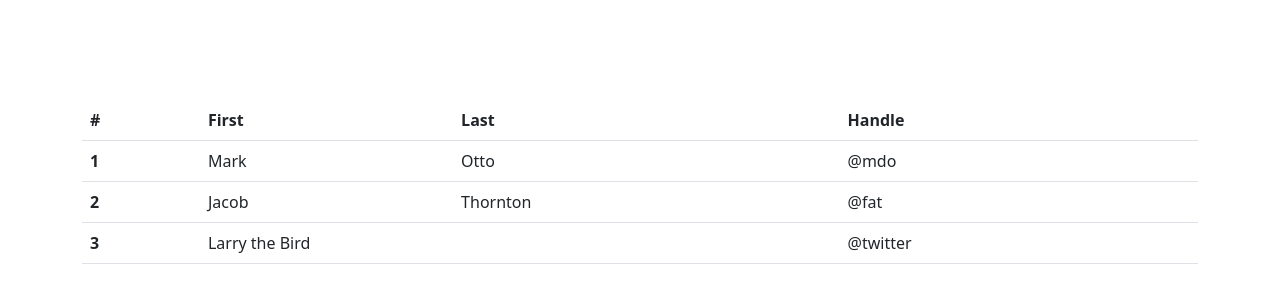
Repository: LCLY/location
Page: /
An editor plug-in stored every save of this project. The page is shown before and after the next save, followed by the edit.
The browser window is 1280 px wide. The pictures show the whole page.
The page's requests for data from a server got no answer. The project was rebuilt for these pictures with package versions that can differ from the ones it lists, and the page was loaded fresh each time. The framework's server and built-in components were replaced by stand-ins that run in the browser. No one was signed in, and anything a server would have sent is missing. Also part of the build but not shown: next.config.js.

Above is the page before, as saved 2022-09-12 17:17:38.

After the next save:
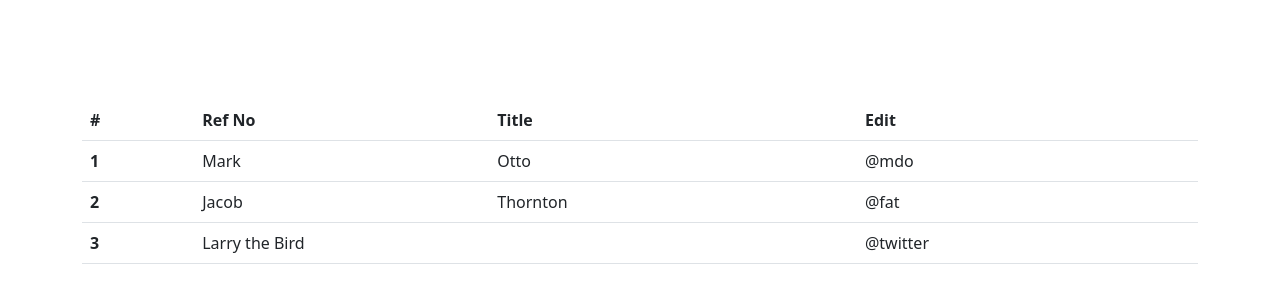
Saved 20 s later.
--- a/pages/index.js
+++ b/pages/index.js
@@ -38,9 +38,9 @@ export default function Home() {
 					<thead>
 						<tr>
 							<th scope='col'>#</th>
-							<th scope='col'>First</th>
-							<th scope='col'>Last</th>
-							<th scope='col'>Handle</th>
+							<th scope='col'>Ref No</th>
+							<th scope='col'>Title</th>
+							<th scope='col'>Edit</th>
 						</tr>
 					</thead>
 					<tbody>
